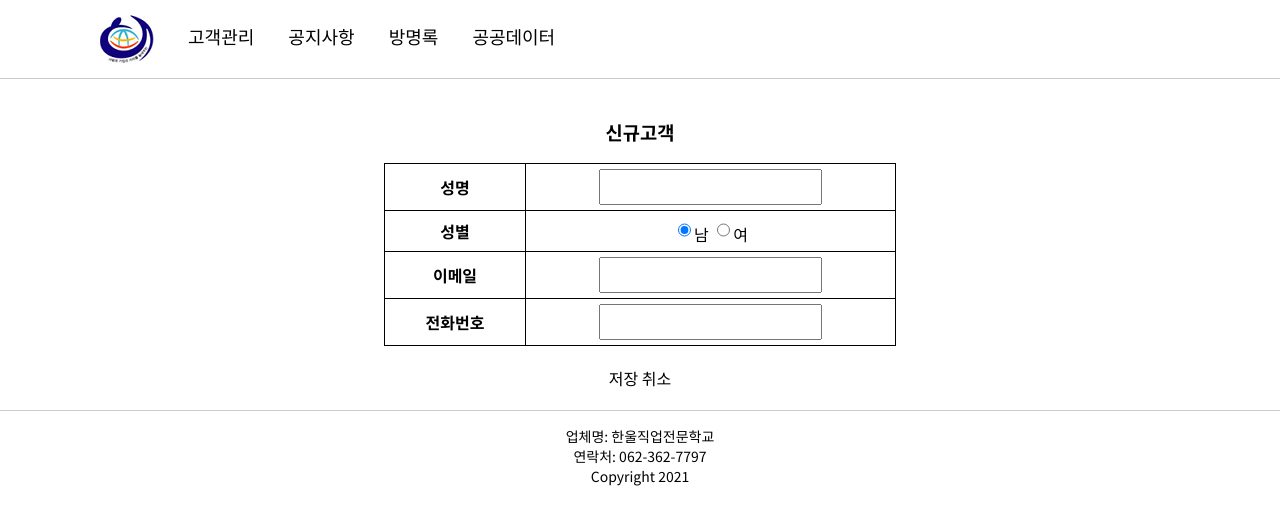
Repository: JSY93/spring-web
Page: http://localhost/iot/WEB-INF/views/customer/new.jsp
The author's editor kept a copy of each file at every save. The page is drawn from the files as they stood at one save, then again after the next save.
The browser window is 1280 px wide. The pictures show the whole page.
The page is served by Tomcat 9. Nobody is signed in. The template is opened directly, without the code that normally fills it, so the values that code supplies are empty.

Above is the page before, as saved 2021-01-12 05:29:39.

After the next save:
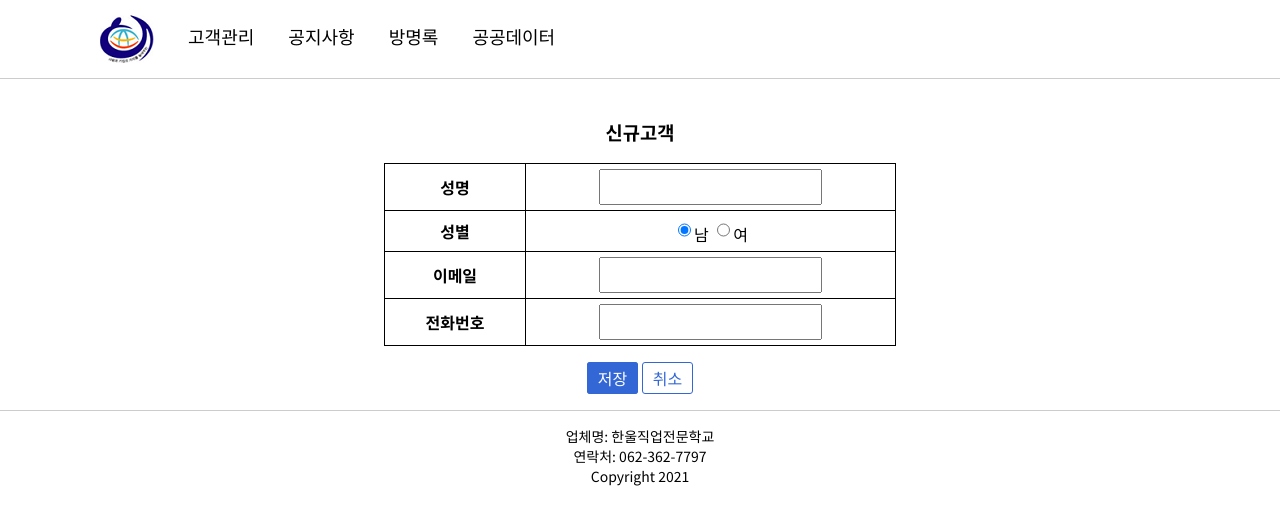
Saved 24 s later.
--- a/Study_Spring/iot/src/main/webapp/WEB-INF/views/customer/new.jsp
+++ b/Study_Spring/iot/src/main/webapp/WEB-INF/views/customer/new.jsp
@@ -29,8 +29,8 @@
 </form>
 
 <div class='btnSet'>
-	<a>저장</a>
-	<a>취소</a>
+	<a class='btn-fill'>저장</a>
+	<a class='btn-empty'>취소</a>
 </div>
 
 </div>
